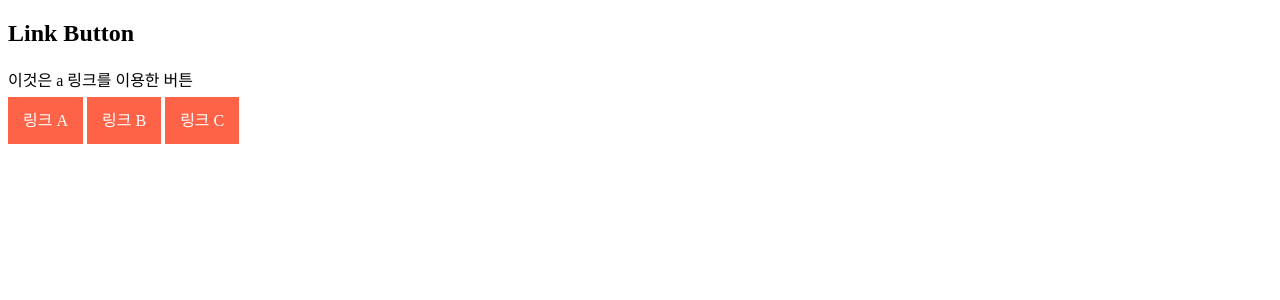
Repository: claddds/2023_webstudy
Page: 01_html/src/main/webapp/day02/ex03_aTagButton.html
The author's editor kept a copy of each file at every save. The page is drawn from the files as they stood at one save, then again after the next save.
The browser window is 1280 px wide. The pictures show the whole page.

Above is the page before, as saved 2023-06-20 01:51:38.

After the next save:
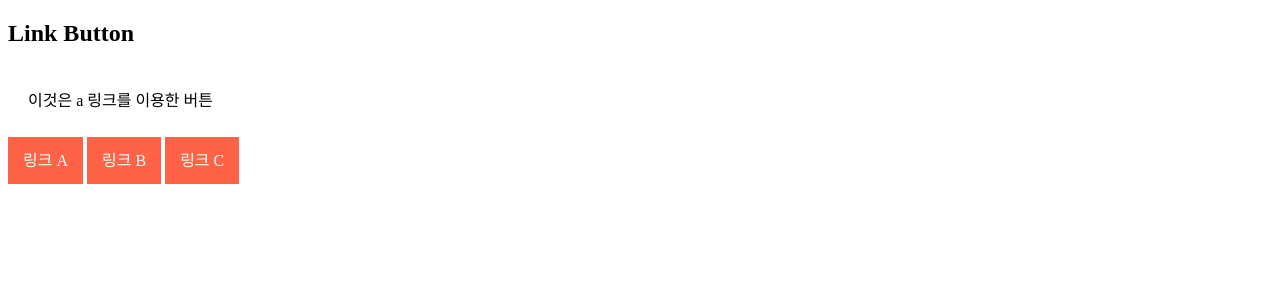
Saved 9 min 22 s later.
--- a/01_html/src/main/webapp/day02/ex03_aTagButton.html
+++ b/01_html/src/main/webapp/day02/ex03_aTagButton.html
@@ -13,6 +13,9 @@
 	}
 	a:hover{
 		background-color: skyblue;
+		padding: 20px;
+	}
+	p{
 		padding: 20px;
 	}
 	/*
